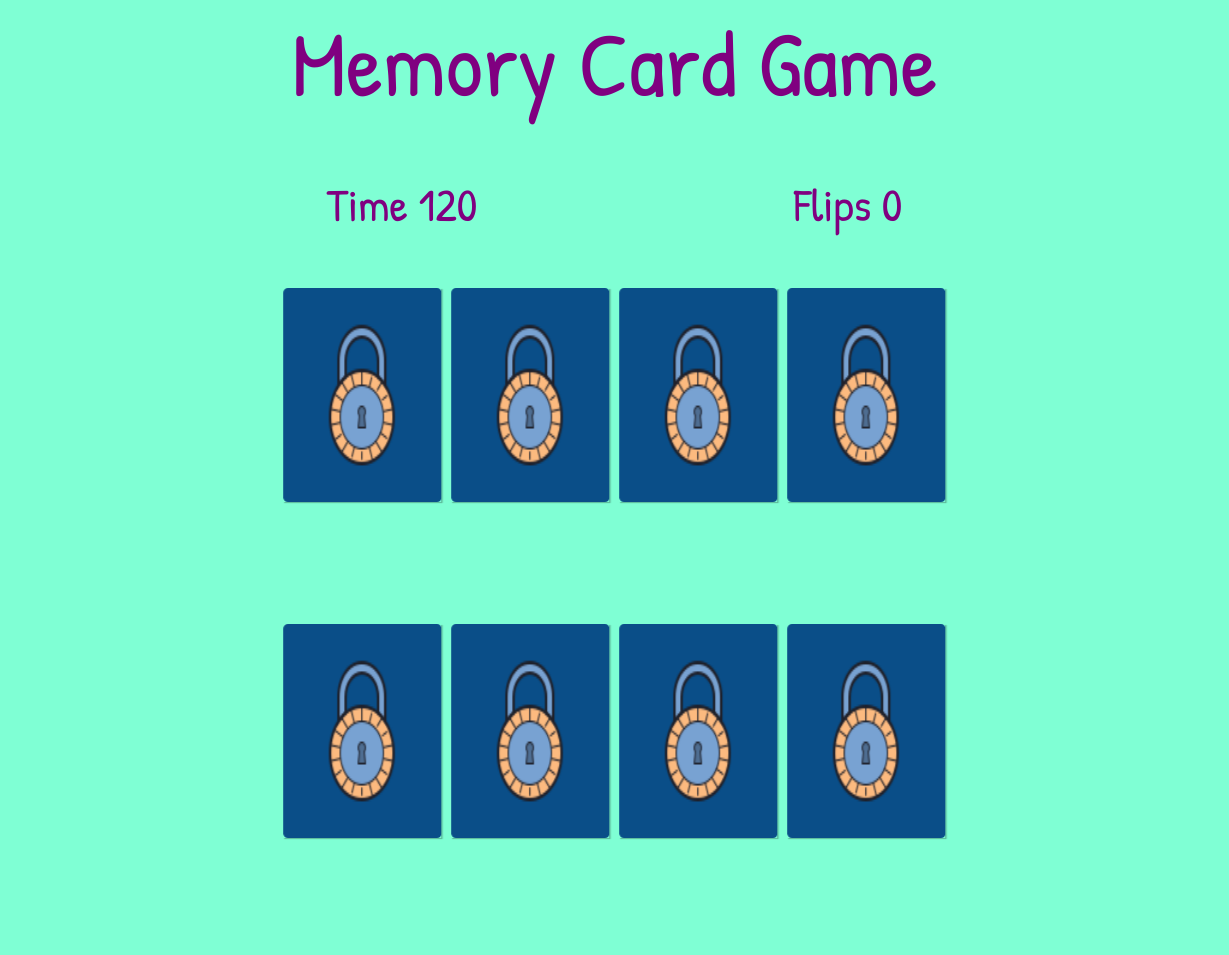
Repository: claudiadanaila1/Project-2--Interactive-FrontEnd---Memory-game
Page: index.html
The author's editor kept a record of every edit. The page is drawn from the files as they stood at one moment, then again after the next edit.
The browser window is 1280 px wide. The pictures show the whole page, at 96% of full size.

Above is the page before.

After the next edit:
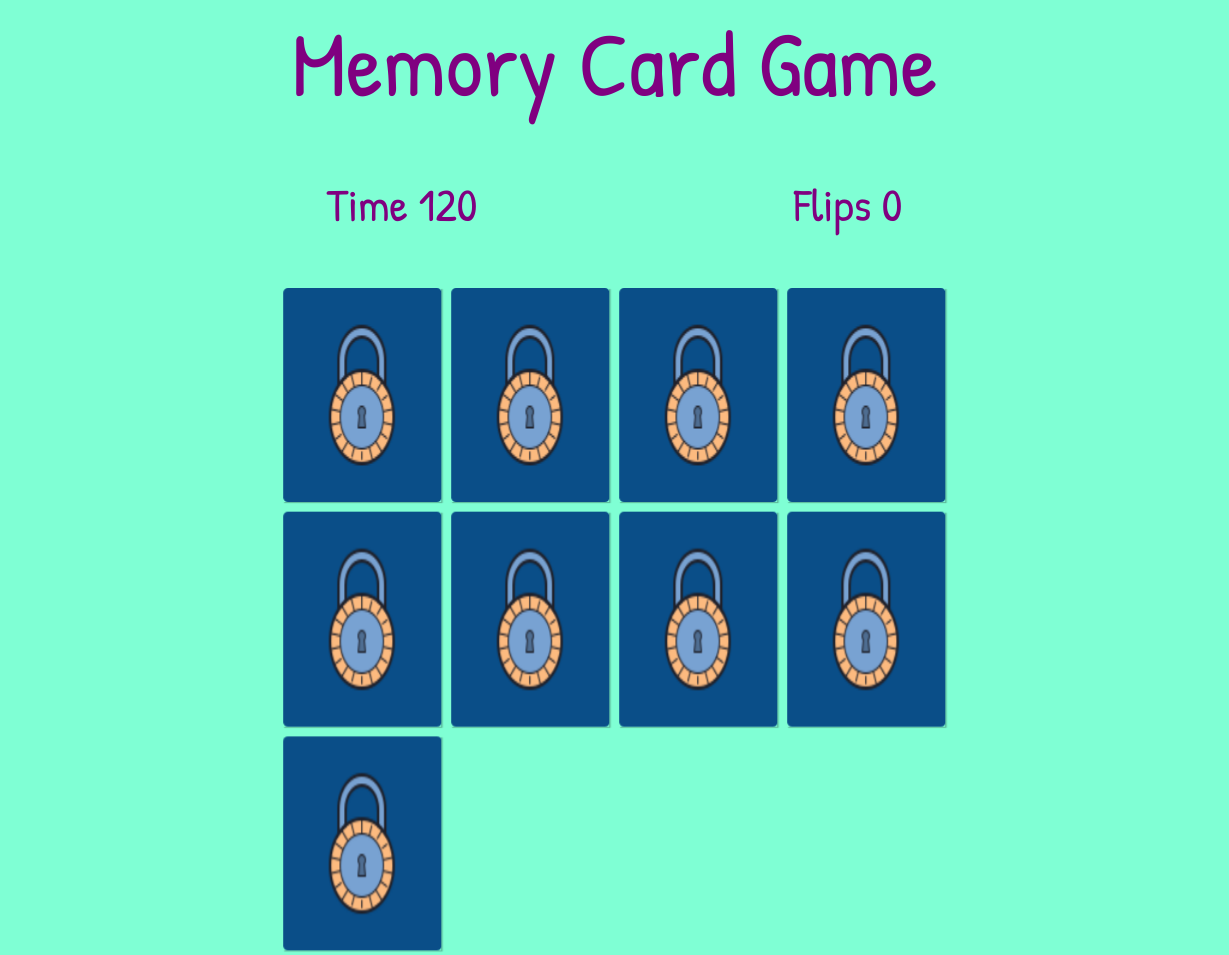
The edit:
--- a/index.html
+++ b/index.html
@@ -20,6 +20,10 @@
     </div>
 
   <section class="memory-game">
+      <div class="memory-card">
+          <img class="card-front" src="assets/images/jelly1.jpg" alt="jelly-fish"/>
+          <img class="card-back"  src="assets/images/icon8-lock.png" alt="lock" />
+      </div>
       <div class="memory-card">
           <img class="card-front" src="assets/images/jelly1.jpg" alt="jelly-fish"/>
           <img class="card-back"  src="assets/images/icon8-lock.png" alt="lock" />
